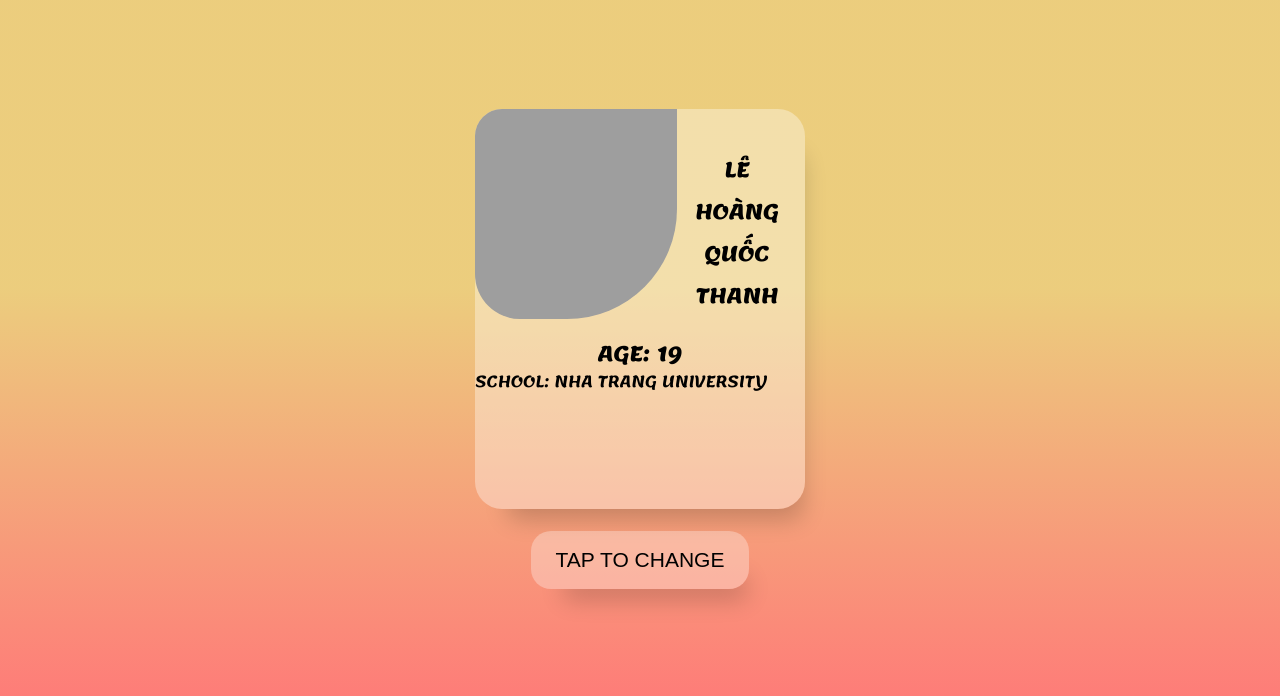
Repository: ThanhThn/profile
Page: index.html
The author's editor kept a copy of each file at every save. The page is drawn from the files as they stood at one save, then again after the next save.
The browser window is 1280 px wide. The pictures show the whole page.
Pictures or frames that could not be fetched are drawn as grey boxes. Some web fonts or font styles are not loaded; a fallback is used.

Above is the page before, as saved 2022-12-05 20:06:08.

### index.html
<!DOCTYPE html>
<html lang="en">
<head>
    <meta charset="UTF-8">
    <meta http-equiv="X-UA-Compatible" content="IE=edge">
    <meta name="viewport" content="width=device-width, initial-scale=1.0">
    <title>Document</title>
    <link rel="stylesheet" href="style.css">
</head>
<body>
    <div class="container">
        <div class="content">
            <img src="avata.jpg" alt="avatar">
            <span class="name">LÊ hoàng quốc thanh</span>
            <span class="age" ></span>
            <span id="school">school: nha trang university</span>
        </div>
        <button class="btn">tap to change</button>
    </div>

    <script>
        var ages = new Date().getFullYear() - 2003;
        var text = document.getElementsByClassName("age");
        for(let i = 0; i < text.length; i++){
            text[i].innerHTML = `age: ${ages}`;
        }
    </script>
</body>
</html>

### style.css
@import url('https://fonts.googleapis.com/css2?family=Kodchasan:wght@700&family=Lemonada:wght@300;600;700&family=Pacifico&display=swap');
*{
    padding: 0;
    margin: 0;
    box-sizing: border-box;
}

body{
    background:  linear-gradient( to bottom, rgba(223, 172,39,60%) 40%, rgba(255,22,22,58%) 100% );
    width: 100%;
    height: 100vh;
}
.container{
    position: absolute;
    top: 50%;
    left: 50%;
    transform: translate(-50%, -50%);
    display: flex;
    flex-direction: column;
    align-items: center;
}

.content{
    width: 330px;
    height: 400px;
    background: rgba(255, 255, 255, 35%);
    border-radius: 27px;
    box-shadow: rgba(0, 0, 0, .2) 15px 28px 25px -18px;
}

.content img{
    width: 202px;
    height: 210px;
    border-radius: 27px 0 110px 45px;
    object-fit: cover;
    object-position: -32px 0;
}
span{
    width: 104px;
    font-size: 21px;
    text-transform: uppercase;
    font-weight: 700;
    font-family: 'Lemonada', cursive;
}
.content .name{
    position: absolute;
    text-align: center;
    top: 40px;
    left: 210px;
}

.content .age{
    display: block;
    position: relative;
    width: 100%;
    top: 10px;
    text-align: center;
}
#school{
    font-size: 16px;
    font-weight: 600;
}

.btn{
    background: rgba(255, 255, 255, .3);
    width: 218px;
    height: 58px;
    border-radius: 20px;
    border: none;
    margin: 22px;
    font-family: 'Kodchasan', sans-serif;
    font-size: 21px;
    text-transform: uppercase;
    box-shadow: rgba(0, 0, 0, .2) 15px 28px 25px -18px;
    background-position: 0 90%;
    background-repeat: repeat no-repeat;

}

.btn:hover {
    box-shadow: rgba(0, 0, 0, .3) 2px 8px 8px -5px;
    transform: translate3d(0, 2px, 0);
}


.btn:focus {
  box-shadow: rgba(0, 0, 0, .3) 2px 8px 4px -6px;
}

After the next save:
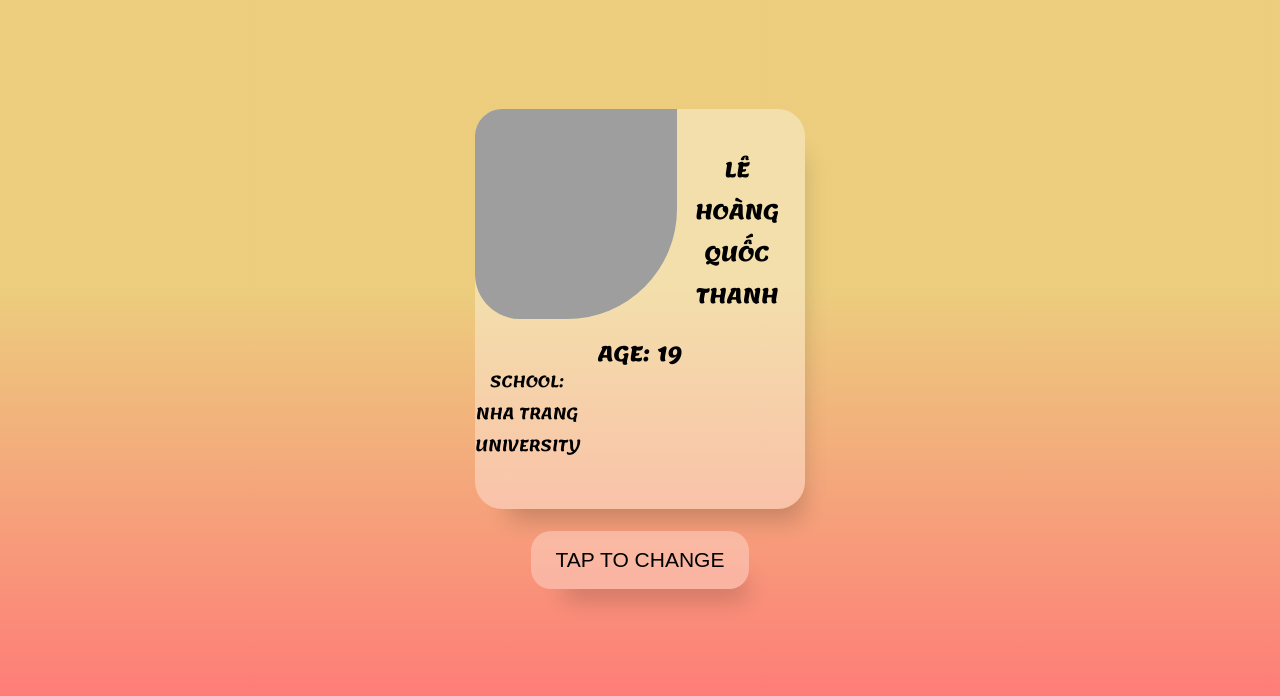
Saved 16 s later.
--- a/style.css
+++ b/style.css
@@ -59,6 +59,8 @@ span{
 #school{
     font-size: 16px;
     font-weight: 600;
+    display: block;
+    text-align: center;
 }
 
 .btn{
